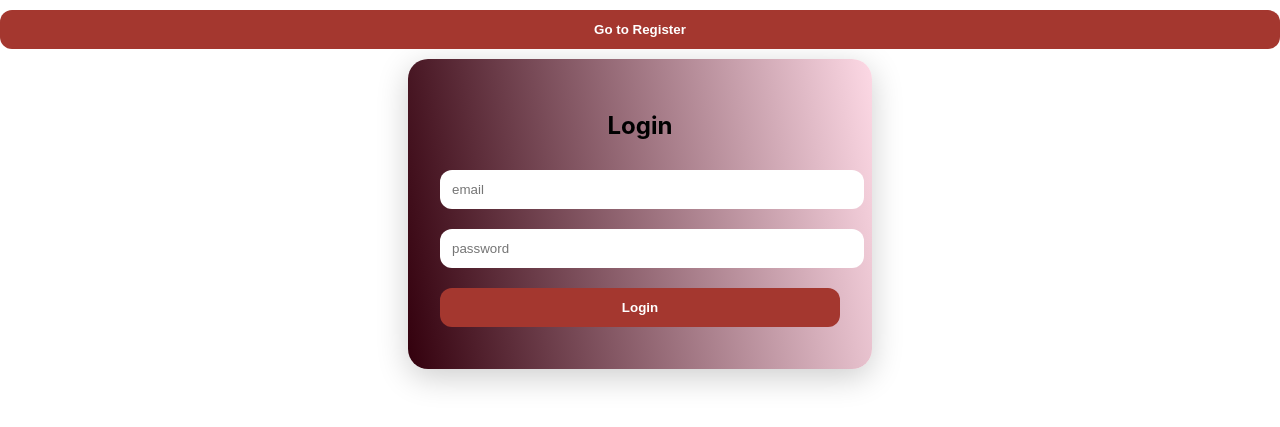
Repository: aab232/https---github.com-aab232-Deferred-Payment-Platform
Page: / (app in frontend/)
An editor plug-in stored every save of this project. The page is shown before and after the next save, followed by the edit.
The browser window is 1280 px wide. The pictures show the whole page.
The project was rebuilt for these pictures with package versions that can differ from the ones it lists, and the page was loaded fresh each time. Also part of the build but not shown: frontend/src/components/Register.js.

Above is the page before, as saved 2025-03-14 01:29:46.

### frontend/src/App.js
import React, { useState } from "react";
import Register from "./components/Register";
import Login from "./components/Login";

const App = () => {
    const [showLogin, setShowLogin] = useState(true);

    return (
        <div>
            <button onClick={() => setShowLogin(!showLogin)}>
                {showLogin ? "Go to Register" : "Go to Login"}
            </button>
            {showLogin ? <Login /> : <Register />}
        </div>
    );
};

export default App;

### frontend/src/components/Login.js
import React, { useState } from "react";
import axios from "axios";
import "./Login.css"; // Import the CSS for Login page

const Login = () => {
    const [formData, setFormData] = useState({
        email: "",
        password: "",
    });

    const handleChange = (e) => {
        setFormData({ ...formData, [e.target.name]: e.target.value });
    };

    const handleSubmit = async (e) => {
        e.preventDefault();
        try {
            const response = await axios.post("http://localhost:5000/login", formData);
            alert(response.data.message);
        } catch (error) {
            alert(error.response?.data.message || "Login failed.");
        }
    };

    return (
        <div className="container">
            <h2>Login</h2>
            <form onSubmit={handleSubmit}>
                {Object.keys(formData).map((field) => (
                    <input
                        key={field}
                        type={field === "password" ? "password" : "text"}
                        name={field}
                        placeholder={field}
                        value={formData[field]}
                        onChange={handleChange}
                        required
                    />
                ))}
                <button type="submit">Login</button>
            </form>
        </div>
    );
};

export default Login;

### frontend/src/components/Register.css
/* Styling for the Registration Form */
.form-container {
    max-width: 400px;
    margin: auto;
    padding: 2rem;
    background: linear-gradient(80deg, #33000D, #FDD9E5);
    border-radius: 20px;
    box-shadow: 0 8px 32px rgba(0, 0, 0, 0.2);
    text-align: center;
  }

  input, button {
    margin: 10px 0;
    padding: 12px;
    width: 100%;
    border-radius: 12px;
    border: none;
  }

  button {
    background-color: #6a11cb;
    color: white;
    font-weight: bold;
    cursor: pointer;
  }

  p {
    cursor: pointer;
    color: #6a11cb;
  }

### frontend/src/components/Login.css
/* Styling for the Login Form */
.container {
    max-width: 400px;
    margin: auto;
    padding: 2rem;
    background: linear-gradient(80deg, #33000D, #FDD9E5);
    border-radius: 20px;
    box-shadow: 0 8px 32px rgba(0, 0, 0, 0.2);
    text-align: center;
  }

  input, button {
    margin: 10px 0;
    padding: 12px;
    width: 100%;
    border-radius: 12px;
    border: none;
  }

  button {
    background-color: #a4372f;
    color: white;
    font-weight: bold;
    cursor: pointer;
  }

  p {
    cursor: pointer;
    color: #a4372f;
  }

Loaded but not shown: frontend/public/index.html (common file); frontend/src/index.js (common file); frontend/src/index.css (common file); frontend/src/reportWebVitals.js (common file)

After the next save:
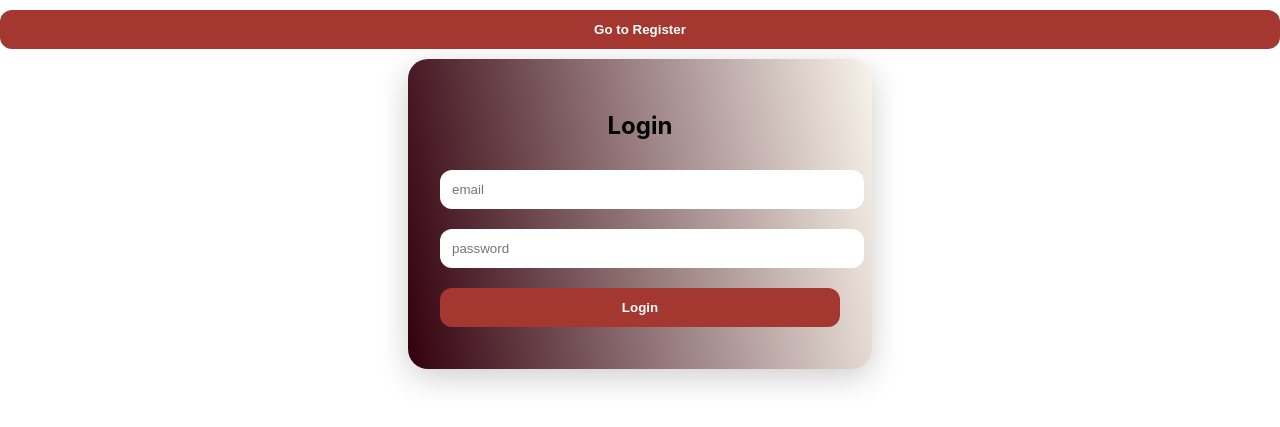
Saved 20 s later.
--- a/frontend/src/components/Login.css
+++ b/frontend/src/components/Login.css
@@ -3,7 +3,7 @@
     max-width: 400px;
     margin: auto;
     padding: 2rem;
-    background: linear-gradient(80deg, #33000D, #FDD9E5);
+    background: linear-gradient(80deg, #33000D, #F8F3EA);
     border-radius: 20px;
     box-shadow: 0 8px 32px rgba(0, 0, 0, 0.2);
     text-align: center;

After the save that followed:
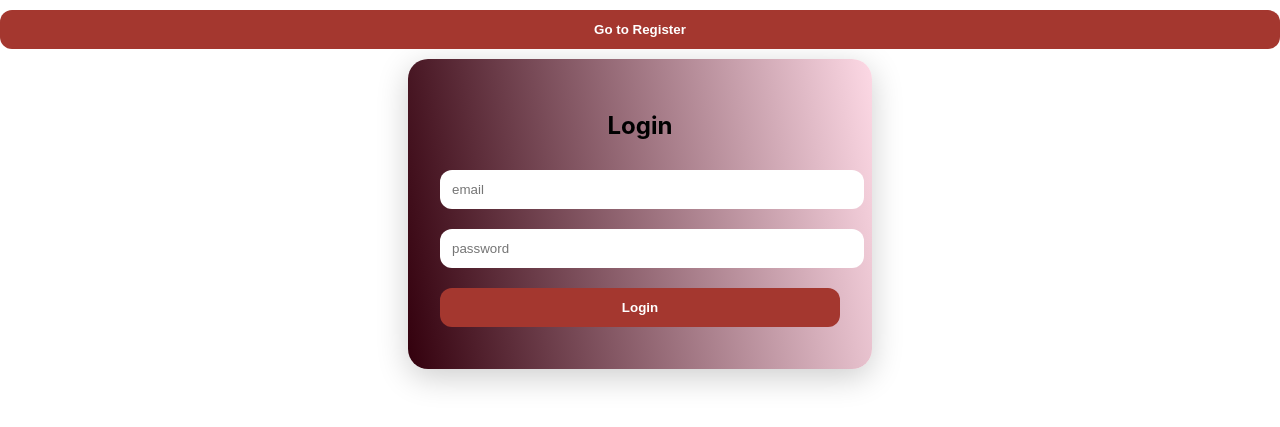
Saved 13 s later.
--- a/frontend/src/components/Login.css
+++ b/frontend/src/components/Login.css
@@ -3,7 +3,7 @@
     max-width: 400px;
     margin: auto;
     padding: 2rem;
-    background: linear-gradient(80deg, #33000D, #F8F3EA);
+    background: linear-gradient(80deg, #33000D, #FDD9E5);
     border-radius: 20px;
     box-shadow: 0 8px 32px rgba(0, 0, 0, 0.2);
     text-align: center;
